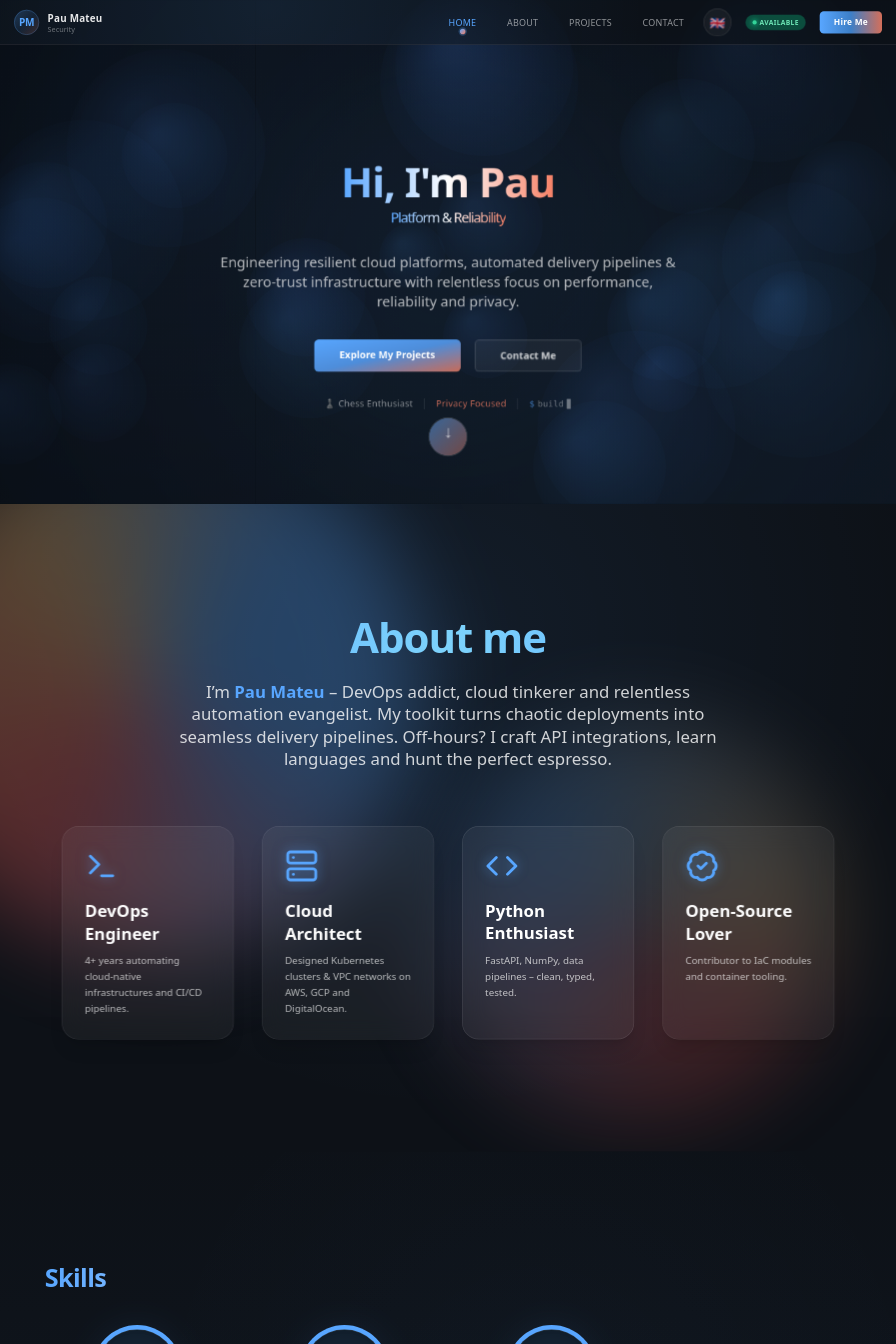
Repository: ElStevenn/webpage
Page: /
These files come from the project's save history. The page is drawn as it stood at one moment and after the next save; the edit follows.
The browser window is 1280 px wide. The pictures show the part of the page from y = 0 to 1920 px (the page is 2580 px tall before and 2632 px after), at 70% of full size.
The project was rebuilt for these pictures with package versions that can differ from the ones it lists, and the page was loaded fresh each time. The framework's server and built-in components were replaced by stand-ins that run in the browser. Also part of the build but not shown: next.config.ts.

Above is the page before, as saved 2025-07-21 15:11:09.

### src/app/layout.tsx
// src/app/layout.tsx
import type { ReactNode } from 'react'
import '../app/globals.css'
import '@/styles/background.css'
import Header from '@/components/Header'

export const metadata = {
  title: 'Pau Mateu',
  description: 'Portfolio – DevOps & Backend',
}

export default function RootLayout({ children }: { children: ReactNode }) {
  return (
    <html lang="es">
      <body className="bg-[#0D1117] text-[#C9D1D9] antialiased">
        <Header />
        {children}
      </body>
    </html>
  )
}

### src/app/page.tsx
import HeroSection from '@/components/HeroSection'
import AboutSection from '@/components/AboutSection'
import SkillsSection from '@/components/SkillsSection'
import ScrollProgressBar from '@/components/ScrollProgressBar'

export default function HomePage() {
  return (
    <main>
      <ScrollProgressBar />
      <HeroSection />
      <AboutSection />
      <SkillsSection />
    </main>
  )
}

### src/app/globals.css
@tailwind base;
@tailwind components;
@tailwind utilities;


html { scroll-behavior: smooth; }
body::-webkit-scrollbar { width: 10px; }
body::-webkit-scrollbar-track { background:#0d1117; }
body::-webkit-scrollbar-thumb {
  background: linear-gradient(#1b2733,#283647);
  border-radius:20px;
  border:2px solid #0d1117;
}
body::-webkit-scrollbar-thumb:hover { background: linear-gradient(#283647,#395068); }


html, body {
  scroll-behavior: smooth;
}

body {
  cursor: url('/images/cursor.png') 16 16, auto;
}

/* Fallback para elementos interactivos si quieres */
a, button {
  cursor: url('/images/cursor.png') 16 16, pointer;
}

section { scroll-margin-top: 90px; }

### src/styles/background.css
/* --- Fondo base minimal --- */
:root {
    --bg-base-1:#06090f;
    --bg-base-2:#0d121b;
    --bg-base-3:#111b27;
    --bubble-blue:#58A6FF;
    --bubble-accent:#2f6ea9;
  }

  .bg-base-gradient {
    position:absolute;
    inset:0;
    background:
      radial-gradient(circle at 20% 25%, rgba(88,166,255,0.12), transparent 60%),
      radial-gradient(circle at 80% 70%, rgba(88,166,255,0.08), transparent 65%),
      linear-gradient(145deg,var(--bg-base-1),var(--bg-base-2) 45%,var(--bg-base-3));
    overflow:hidden;
  }

  /* Grain (muy sutil) */
  .bg-grain {
    position:absolute;
    inset:0;
    pointer-events:none;
    mix-blend-mode:overlay;
    opacity:.07;
    background-image:
      repeating-linear-gradient(0deg, rgba(255,255,255,0.04) 0 1px, transparent 1px 2px),
      repeating-linear-gradient(90deg, rgba(255,255,255,0.035) 0 1px, transparent 1px 2px);
    background-size: 300px 300px, 260px 260px;
    animation:grain-move 12s linear infinite;
  }

  @keyframes grain-move {
    0% { transform:translate(0,0); }
    100% { transform:translate(-300px,-300px); }
  }

  /* Opcional halo tenue detrás del contenido */
  .hero-halo {
    position:absolute;
    top:50%; left:50%;
    width:65vmax; height:65vmax;
    transform:translate(-50%,-50%);
    background:
      radial-gradient(circle at 50% 50%, rgba(88,166,255,0.10), transparent 60%);
    filter:blur(40px);
    pointer-events:none;
    opacity:.6;
  }

  /* Ajustes para contraste en el hero */
  .hero-overlay-fade {
    position:absolute;
    inset:0;
    background:linear-gradient(to bottom, rgba(0,0,0,0.4), rgba(0,0,0,0.65) 70%);
    pointer-events:none;
  }

### src/components/AboutSection.tsx
// About me – animated, gradient‑driven eye‑candy ✨
'use client'

import { motion } from 'framer-motion'
import {
  BadgeCheck,
  Code as CodeIcon,
  Server,
  Terminal
} from 'lucide-react'

const HIGHLIGHTS = [
  {
    Icon: Terminal,
    title: 'DevOps Engineer',
    blurb: '4+ years automating cloud‑native infrastructures and CI/CD pipelines.'
  },
  {
    Icon: Server,
    title: 'Cloud Architect',
    blurb: 'Designed Kubernetes clusters & VPC networks on AWS, GCP and DigitalOcean.'
  },
  {
    Icon: CodeIcon,
    title: 'Python Enthusiast',
    blurb: 'FastAPI, NumPy, data pipelines – clean, typed, tested.'
  },
  {
    Icon: BadgeCheck,
    title: 'Open‑Source Lover',
    blurb: 'Contributor to IaC modules and container tooling.'
  }
] as const

export default function AboutSection() {
  /* blob motion */
  const blobVariants = {
    animate: {
      x: [0, -100, 50, 0],
      y: [0, -50, 100, 0],
      rotate: [0, 45, -45, 0],
      transition: {
        repeat: Infinity,
        repeatType: 'mirror',
        duration: 25,
        ease: 'easeInOut'
      }
    }
  }

  return (
    <section id="about" className="relative py-28 md:py-40 overflow-hidden">
      {/* background blobs & gradient grid */}
      <div className="absolute inset-0 -z-10 pointer-events-none">
        <div className="absolute inset-0 bg-[radial-gradient(circle_at_50%_20%,rgba(88,166,255,0.08),transparent_70%)]" />
        <motion.div
          variants={blobVariants}
          animate="animate"
          className="absolute -top-20 -left-20 w-[60vw] h-[60vw] rounded-full bg-[conic-gradient(from_var(--angle),#58a6ff_20%,#ff5e5b_50%,#ffc371_80%,#58a6ff_100%)] opacity-30 blur-3xl"
          style={{ '--angle': '0deg' } as React.CSSProperties}
        />
        <motion.div
          variants={blobVariants}
          animate="animate"
          className="absolute bottom-0 right-0 w-[45vw] h-[45vw] rounded-full bg-[conic-gradient(from_var(--angle),#ff5e5b_10%,#58a6ff_50%,#ffc371_90%,#ff5e5b_100%)] opacity-20 blur-3xl"
          style={{ '--angle': '90deg' } as React.CSSProperties}
        />
      </div>

      <div className="container mx-auto px-6 max-w-6xl">
        {/* heading */}
        <motion.h2
          initial={{ opacity: 0, y: 50 }}
          whileInView={{ opacity: 1, y: 0 }}
          transition={{ duration: 0.7 }}
          viewport={{ once: true }}
          className="text-center text-5xl md:text-6xl font-extrabold tracking-tight bg-gradient-to-r from-brand-blue via-sky-300 to-brand-blue bg-clip-text text-transparent"
        >
          About&nbsp;me
        </motion.h2>

        {/* intro */}
        <motion.p
          initial={{ opacity: 0, y: 30 }}
          whileInView={{ opacity: 1, y: 0 }}
          transition={{ delay: 0.1, duration: 0.7 }}
          viewport={{ once: true }}
          className="mt-8 mx-auto max-w-3xl text-center text-xl md:text-2xl text-white/80 leading-relaxed"
        >
          I’m <span className="font-semibold text-brand-blue">Pau&nbsp;Mateu</span> – DevOps addict, cloud tinkerer and relentless
          automation evangelist. My toolkit turns chaotic deployments into seamless delivery pipelines.
          Off‑hours? I craft API integrations, learn languages and hunt the perfect espresso.
        </motion.p>

        {/* highlights */}
        <ul className="mt-20 grid gap-10 sm:grid-cols-2 lg:grid-cols-4">
          {HIGHLIGHTS.map(({ Icon, title, blurb }, i) => (
            <motion.li
              key={title}
              initial={{ opacity: 0, y: 40, rotateX: -10 }}
              whileInView={{ opacity: 1, y: 0, rotateX: 0 }}
              transition={{ duration: 0.6, delay: i * 0.1 }}
              viewport={{ once: true }}
              whileHover={{ scale: 1.04, rotateX: 3, rotateY: -3 }}
              className="group rounded-3xl p-8 bg-white/5 backdrop-blur-lg border border-white/10 shadow-xl hover:shadow-2xl transition-transform"
            >
              <Icon className="w-12 h-12 text-brand-blue drop-shadow-[0_0_8px_#58a6ff90] group-hover:scale-110 transition-transform" />
              <h3 className="mt-6 text-2xl font-semibold text-white">{title}</h3>
              <p className="mt-3 text-white/70 leading-relaxed text-sm">{blurb}</p>
            </motion.li>
          ))}
        </ul>
      </div>
    </section>
  )
}

### src/components/ScrollProgressBar.tsx
'use client'
import { useScroll, useSpring, motion } from 'framer-motion'

export default function ScrollProgressBar() {
  const { scrollYProgress } = useScroll()
  const scaleX = useSpring(scrollYProgress, { stiffness: 140, damping: 25, mass: .4 })
  return (
    <motion.div
      style={{ scaleX }}
      className="fixed left-0 top-0 h-[3px] origin-left z-[60]
                 bg-gradient-to-r from-brand-blue via-white to-brand-coral pointer-events-none"
    />
  )
}

### src/components/OrbitalLangSwitcher.tsx
'use client'
import { useEffect, useRef, useState } from 'react'
import { motion, AnimatePresence } from 'framer-motion'

export const LANGS = [
  { code: 'en', flag: '🇬🇧', label: 'English'  },
  { code: 'es', flag: '🇪🇸', label: 'Español' },
  { code: 'de', flag: '🇩🇪', label: 'Deutsch' },
] as const
type LangCode = typeof LANGS[number]['code']

function useOutside(ref: React.RefObject<HTMLElement>, cb: () => void) {
  useEffect(() => {
    const h = (e: MouseEvent) => !ref.current?.contains(e.target as Node) && cb()
    document.addEventListener('mousedown', h)
    return () => document.removeEventListener('mousedown', h)
  }, [cb])
}

export default function OrbitalLangSwitcher({
    value,
    onChange,
    className = '',
  }: {
    value: LangCode
    onChange: (c: LangCode) => void
    className?: string
  }) {
    /* ---------- state ---------- */
    const [open, setOpen] = useState(false)
    const wrap = useRef<HTMLDivElement>(null)
    useOutside(wrap, () => setOpen(false))

    /* ---------- persistence & hotkey iguales ---------- */
    /* … todo tu código anterior sin cambios … */

    /* ---------- hover helpers ---------- */
    const hoverTO = useRef<ReturnType<typeof setTimeout> | null>(null)

    const enter = () => {
      if (hoverTO.current) clearTimeout(hoverTO.current)
      setOpen(true)
    }
    const leave = () => {
      hoverTO.current = setTimeout(() => setOpen(false), 120) // delay para no “parpadear”
    }

    /* ---------- current & others ---------- */
    const current = LANGS.find(l => l.code === value)!
    const others  = LANGS.filter(l => l.code !== value)

    /* ---------- UI ---------- */
    return (
      <div
        ref={wrap}
        onMouseEnter={enter}
        onMouseLeave={leave}
        className={`relative ${className}`}
      >
        {/* botón central */}
        <button
          onClick={() => setOpen(o => !o)}
          aria-haspopup="true"
          aria-expanded={open}
          className="relative w-10 h-10 rounded-full bg-white/5 border border-white/10
                     flex items-center justify-center text-lg backdrop-blur-md
                     text-white/80 hover:text-white transition focus:ring-2
                     focus:ring-brand-blue/50"
          title="Press L"
        >
          {current.flag}
        </button>

        {/* pop‑over */}
        <AnimatePresence>
          {open && (
            <motion.div
              initial={{ y: -4, opacity: 0, scale: .85 }}
              animate={{ y: 6,  opacity: 1, scale: 1 }}
              exit={{    y: -4, opacity: 0, scale: .85 }}
              transition={{ type:'spring', stiffness: 340, damping: 26 }}
              className="absolute left-1/2 top-full mt-3 -translate-x-1/2
                         origin-top pointer-events-auto"
            >
              <div className="absolute inset-0 rounded-xl bg-[#0f1a25]/80
                              backdrop-blur-xl border border-white/10 shadow-lg" />
              <span className="absolute top-0 left-1/2 h-full w-px
                               -translate-x-1/2 bg-gradient-to-b
                               from-white/10 via-white/5 to-transparent" />

              <ul className="relative flex flex-col items-center p-4 gap-2">
                {others.map((l, idx) => (
                  <motion.li
                    key={l.code}
                    initial={{ y: -6, opacity: 0 }}
                    animate={{ y: 0,  opacity: 1 }}
                    exit={{   y: -6, opacity: 0 }}
                    transition={{ delay: .05 + idx*.04 }}
                  >
                    <button
                      onClick={() => { onChange(l.code); setOpen(false) }}
                      className="w-11 h-11 rounded-full border border-white/15
                                 flex flex-col items-center justify-center
                                 bg-[#172634]/70 text-xs text-white/70
                                 hover:bg-brand-blue/20 hover:text-white
                                 transition-colors"
                    >
                      <span className="text-lg">{l.flag}</span>
                      <span className="leading-none text-[10px]">
                        {l.code.toUpperCase()}
                      </span>
                    </button>
                  </motion.li>
                ))}
              </ul>
            </motion.div>
          )}
        </AnimatePresence>
      </div>
    )
  }

Loaded but not shown: tailwind.config.js (44 lines, source omitted); src/components/Header.tsx (324 lines, source omitted); src/components/HeroSection.tsx (231 lines, source omitted); src/components/SkillsSection.tsx (116 lines, source omitted); src/components/BackgroundFX.tsx (176 lines, source omitted)

After the next save:
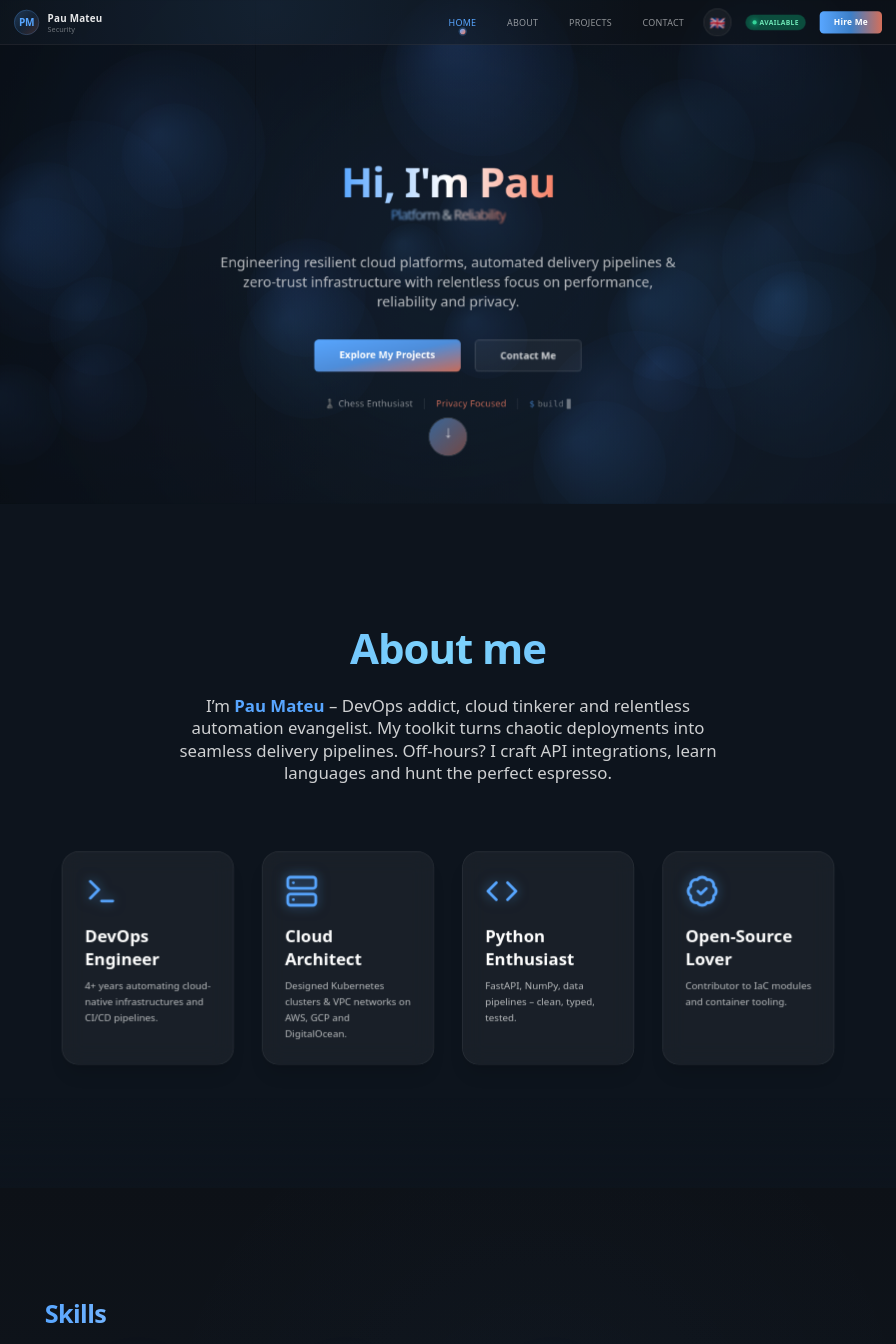
Saved 7 min 23 s later.
--- a/src/components/AboutSection.tsx
+++ b/src/components/AboutSection.tsx
@@ -1,4 +1,4 @@
-// About me – animated, gradient‑driven eye‑candy ✨
+// About me – seamless hero → section fade
 'use client'
 
 import { motion } from 'framer-motion'
@@ -10,100 +10,77 @@ import {
 } from 'lucide-react'
 
 const HIGHLIGHTS = [
-  {
-    Icon: Terminal,
-    title: 'DevOps Engineer',
-    blurb: '4+ years automating cloud‑native infrastructures and CI/CD pipelines.'
-  },
-  {
-    Icon: Server,
-    title: 'Cloud Architect',
-    blurb: 'Designed Kubernetes clusters & VPC networks on AWS, GCP and DigitalOcean.'
-  },
-  {
-    Icon: CodeIcon,
-    title: 'Python Enthusiast',
-    blurb: 'FastAPI, NumPy, data pipelines – clean, typed, tested.'
-  },
-  {
-    Icon: BadgeCheck,
-    title: 'Open‑Source Lover',
-    blurb: 'Contributor to IaC modules and container tooling.'
-  }
+  { Icon: Terminal,  title: 'DevOps Engineer',   blurb: '4+ years automating cloud-native infrastructures and CI/CD pipelines.' },
+  { Icon: Server,    title: 'Cloud Architect',   blurb: 'Designed Kubernetes clusters & VPC networks on AWS, GCP and DigitalOcean.' },
+  { Icon: CodeIcon,  title: 'Python Enthusiast', blurb: 'FastAPI, NumPy, data pipelines – clean, typed, tested.' },
+  { Icon: BadgeCheck,title: 'Open‑Source Lover', blurb: 'Contributor to IaC modules and container tooling.' }
 ] as const
 
 export default function AboutSection() {
-  /* blob motion */
   const blobVariants = {
     animate: {
       x: [0, -100, 50, 0],
-      y: [0, -50, 100, 0],
+      y: [0, -60, 80, 0],
       rotate: [0, 45, -45, 0],
-      transition: {
-        repeat: Infinity,
-        repeatType: 'mirror',
-        duration: 25,
-        ease: 'easeInOut'
-      }
+      transition: { repeat: Infinity, repeatType: 'mirror', ease: 'easeInOut', duration: 28 }
     }
   }
 
   return (
-    <section id="about" className="relative py-28 md:py-40 overflow-hidden">
-      {/* background blobs & gradient grid */}
+    <section id="about" className="relative overflow-hidden bg-[#0d141d] py-32 md:py-44">
+      {/* ——— top fade into hero ——— */}
+      <div className="absolute -top-1 left-0 right-0 h-36 pointer-events-none select-none
+                      bg-gradient-to-b from-transparent via-[#0d141d]/80 to-[#0d141d]" />
+
+      {/* blobs + subtle grid */}
       <div className="absolute inset-0 -z-10 pointer-events-none">
         <div className="absolute inset-0 bg-[radial-gradient(circle_at_50%_20%,rgba(88,166,255,0.08),transparent_70%)]" />
         <motion.div
           variants={blobVariants}
           animate="animate"
-          className="absolute -top-20 -left-20 w-[60vw] h-[60vw] rounded-full bg-[conic-gradient(from_var(--angle),#58a6ff_20%,#ff5e5b_50%,#ffc371_80%,#58a6ff_100%)] opacity-30 blur-3xl"
-          style={{ '--angle': '0deg' } as React.CSSProperties}
-        />
+          className="absolute -top-24 -left-24 w-[60vw] h-[60vw] rounded-full opacity-25 blur-3xl
+                     bg-[conic-gradient(from_0deg,#58a6ff_20%,#ff5e5b_50%,#ffc371_80%,#58a6ff_100%)]" />
         <motion.div
           variants={blobVariants}
           animate="animate"
-          className="absolute bottom-0 right-0 w-[45vw] h-[45vw] rounded-full bg-[conic-gradient(from_var(--angle),#ff5e5b_10%,#58a6ff_50%,#ffc371_90%,#ff5e5b_100%)] opacity-20 blur-3xl"
-          style={{ '--angle': '90deg' } as React.CSSProperties}
-        />
+          className="absolute bottom-0 right-0 w-[46vw] h-[46vw] rounded-full opacity-15 blur-3xl
+                     bg-[conic-gradient(from_90deg,#ff5e5b_10%,#58a6ff_50%,#ffc371_90%,#ff5e5b_100%)]" />
       </div>
 
       <div className="container mx-auto px-6 max-w-6xl">
-        {/* heading */}
         <motion.h2
-          initial={{ opacity: 0, y: 50 }}
+          initial={{ opacity: 0, y: 60 }}
           whileInView={{ opacity: 1, y: 0 }}
-          transition={{ duration: 0.7 }}
+          transition={{ duration: 0.75 }}
           viewport={{ once: true }}
-          className="text-center text-5xl md:text-6xl font-extrabold tracking-tight bg-gradient-to-r from-brand-blue via-sky-300 to-brand-blue bg-clip-text text-transparent"
+          className="text-center text-5xl md:text-6xl font-extrabold tracking-tight
+                     bg-gradient-to-r from-brand-blue via-sky-300 to-brand-blue bg-clip-text text-transparent"
         >
           About&nbsp;me
         </motion.h2>
 
-        {/* intro */}
         <motion.p
-          initial={{ opacity: 0, y: 30 }}
+          initial={{ opacity: 0, y: 35 }}
           whileInView={{ opacity: 1, y: 0 }}
-          transition={{ delay: 0.1, duration: 0.7 }}
+          transition={{ delay: 0.12, duration: 0.75 }}
           viewport={{ once: true }}
-          className="mt-8 mx-auto max-w-3xl text-center text-xl md:text-2xl text-white/80 leading-relaxed"
+          className="mt-9 mx-auto max-w-3xl text-center text-xl md:text-2xl text-white/80 leading-relaxed"
         >
-          I’m <span className="font-semibold text-brand-blue">Pau&nbsp;Mateu</span> – DevOps addict, cloud tinkerer and relentless
-          automation evangelist. My toolkit turns chaotic deployments into seamless delivery pipelines.
-          Off‑hours? I craft API integrations, learn languages and hunt the perfect espresso.
+          I’m <span className="font-semibold text-brand-blue">Pau&nbsp;Mateu</span> – DevOps addict, cloud tinkerer and relentless automation evangelist.
+          My toolkit turns chaotic deployments into seamless delivery pipelines. Off‑hours? I craft API integrations,
+          learn languages and hunt the perfect espresso.
         </motion.p>
 
-        {/* highlights */}
-        <ul className="mt-20 grid gap-10 sm:grid-cols-2 lg:grid-cols-4">
+        <ul className="mt-24 grid gap-10 sm:grid-cols-2 lg:grid-cols-4">
           {HIGHLIGHTS.map(({ Icon, title, blurb }, i) => (
             <motion.li
               key={title}
-              initial={{ opacity: 0, y: 40, rotateX: -10 }}
+              initial={{ opacity: 0, y: 45, rotateX: -12 }}
               whileInView={{ opacity: 1, y: 0, rotateX: 0 }}
-              transition={{ duration: 0.6, delay: i * 0.1 }}
+              transition={{ duration: 0.65, delay: i * 0.1 }}
               viewport={{ once: true }}
-              whileHover={{ scale: 1.04, rotateX: 3, rotateY: -3 }}
-              className="group rounded-3xl p-8 bg-white/5 backdrop-blur-lg border border-white/10 shadow-xl hover:shadow-2xl transition-transform"
-            >
+              whileHover={{ scale: 1.05, rotateX: 3, rotateY: -3 }}
+              className="group rounded-3xl p-8 bg-white/5 backdrop-blur-lg border border-white/10 shadow-xl hover:shadow-2xl transition-transform">
               <Icon className="w-12 h-12 text-brand-blue drop-shadow-[0_0_8px_#58a6ff90] group-hover:scale-110 transition-transform" />
               <h3 className="mt-6 text-2xl font-semibold text-white">{title}</h3>
               <p className="mt-3 text-white/70 leading-relaxed text-sm">{blurb}</p>
@@ -111,6 +88,10 @@ export default function AboutSection() {
           ))}
         </ul>
       </div>
+
+      {/* ——— bottom fade into next section if needed ——— */}
+      <div className="absolute bottom-0 left-0 right-0 h-32 pointer-events-none select-none
+                      bg-gradient-to-t from-[#0d141d] via-[#0d141d]/80 to-transparent" />
     </section>
   )
 }
